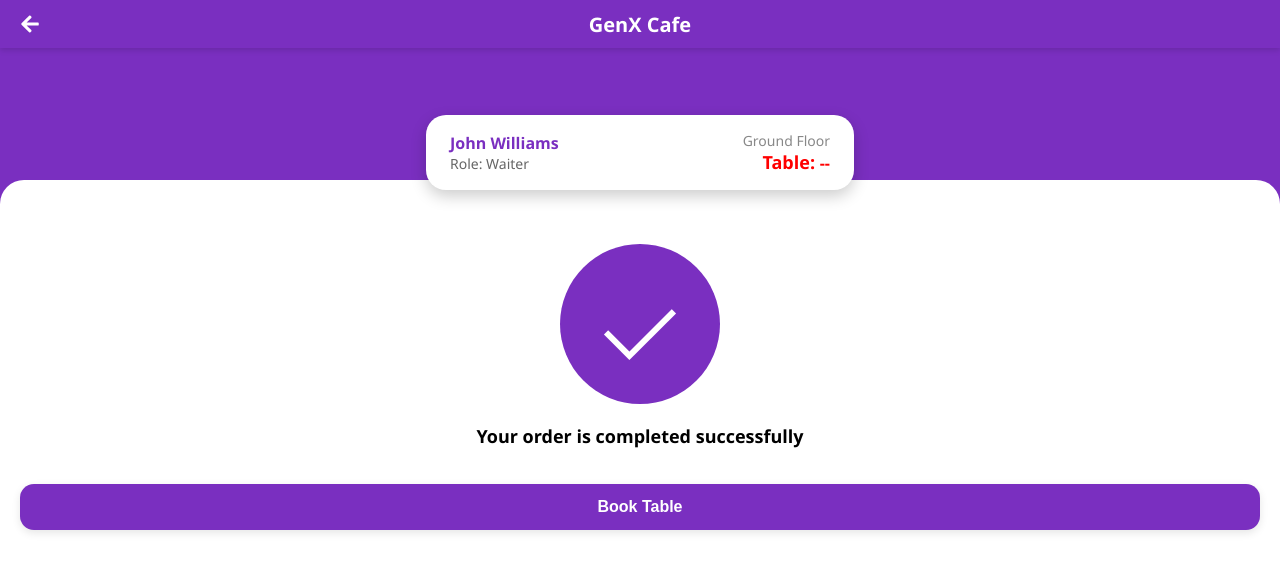
Repository: rajeshwaranslv/sturdy-spork-genx-frontend
Page: /success
These files come from the project's save history. The page is drawn as it stood at one moment and after the next save; the edit follows.
The browser window is 1280 px wide. The pictures show the whole page.
The project was rebuilt for these pictures with package versions that can differ from the ones it lists, and the page was loaded fresh each time. Also part of the build but not shown: src/components/TableSelection.js, src/components/menu.css, src/components/MenuSelection.js, src/components/OrderReview.js, src/components/Billing.js.

Above is the page before, as saved 2025-07-17 12:05:49.

After the next save:
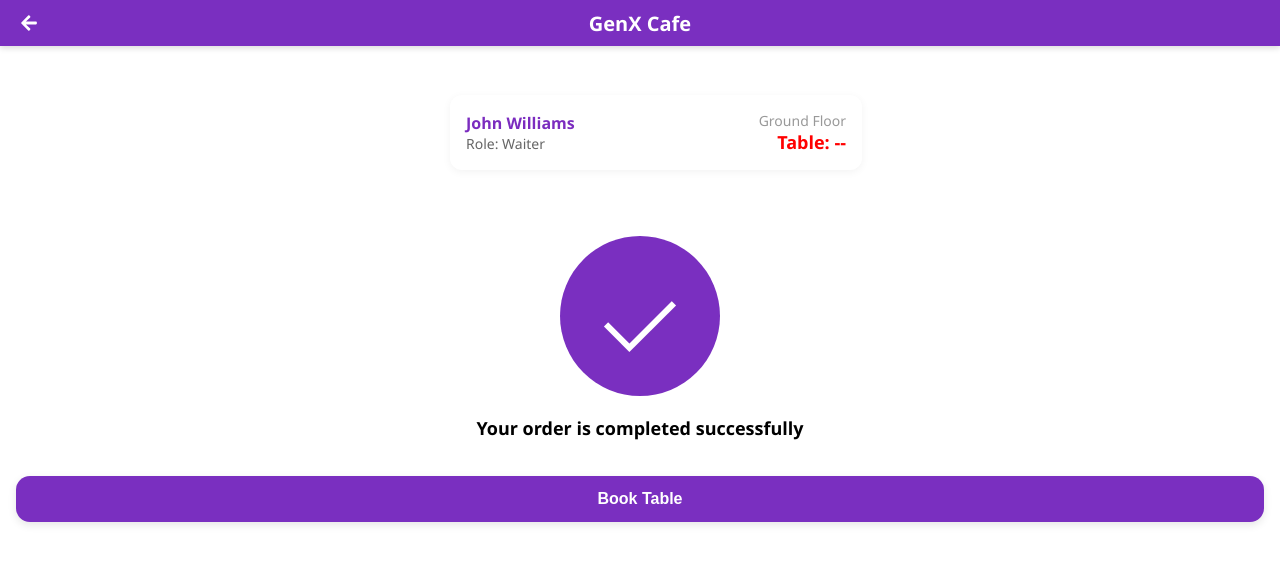
Saved 2 min 4 s later.
--- a/src/components/billing.css
+++ b/src/components/billing.css
@@ -204,3 +204,147 @@
 .select-btn:hover {
   background-color: #6926b2;
 }
+.container-fluid {
+  display: flex;
+  flex-direction: column;
+  height: 100vh;
+  background-color: #fff;
+  font-family: 'Segoe UI', sans-serif;
+  overflow: hidden;
+}
+
+.header-bar {
+  display: flex;
+  justify-content: space-between;
+  align-items: center;
+  background: #7b2cbf;
+  color: white;
+  padding: 12px 20px;
+  font-size: 20px;
+  position: sticky;
+  top: 0;
+  z-index: 10;
+}
+
+.header-bar .icon {
+  cursor: pointer;
+  font-size: 18px;
+}
+
+.waiter-card {
+  background: #fff;
+  box-shadow: 0px 2px 8px rgba(0,0,0,0.05);
+  margin: 0 16px;
+  margin-top: -20px;
+  padding: 16px;
+  border-radius: 12px;
+  display: flex;
+  justify-content: space-between;
+  align-items: center;
+}
+
+.waiter-left .waiter-name {
+  font-size: 16px;
+  color: #7b2cbf;
+}
+
+.waiter-left .waiter-role {
+  font-size: 14px;
+  color: #666;
+}
+
+.waiter-right .floor-label {
+  font-size: 14px;
+  color: #999;
+}
+
+.orders-count .order-red {
+  font-weight: bold;
+  font-size: 18px;
+  color: red;
+}
+
+.table-section {
+  padding: 16px;
+  flex: 1;
+  overflow-y: auto;
+}
+
+.order-list {
+  list-style: none;
+  padding: 0;
+  margin: 0;
+}
+
+.item-row {
+  display: flex;
+  justify-content: space-between;
+  align-items: center;
+  background: #fafafa;
+  padding: 12px;
+  margin-bottom: 10px;
+  border-radius: 10px;
+  border: 1px solid #eee;
+}
+
+.item-info strong {
+  font-size: 16px;
+}
+
+.qty-controls {
+  display: flex;
+  align-items: center;
+  gap: 8px;
+}
+
+.qty-btn {
+  background: #e0e0e0;
+  border: none;
+  border-radius: 6px;
+  width: 28px;
+  height: 28px;
+  font-size: 18px;
+  cursor: pointer;
+}
+
+.qty-btn:hover {
+  background: #ccc;
+}
+
+.invoice-summary {
+  background: #f7f7f7;
+  padding: 16px;
+  margin-top: 20px;
+  border-radius: 12px;
+}
+
+.select-btn {
+  background: #7b2cbf;
+  color: white;
+  border: none;
+  padding: 14px;
+  font-size: 18px;
+  border-radius: 10px;
+  margin-top: 20px;
+  width: 100%;
+  cursor: pointer;
+}
+
+.select-btn:hover {
+  background: #5a189a;
+}
+
+.spinner {
+  border: 4px solid #f3f3f3;
+  border-top: 4px solid #7b2cbf;
+  border-radius: 50%;
+  width: 36px;
+  height: 36px;
+  animation: spin 1s linear infinite;
+  margin: 0 auto;
+}
+
+@keyframes spin {
+  0% { transform: rotate(0deg); }
+  100% { transform: rotate(360deg); }
+}

After the save that followed:
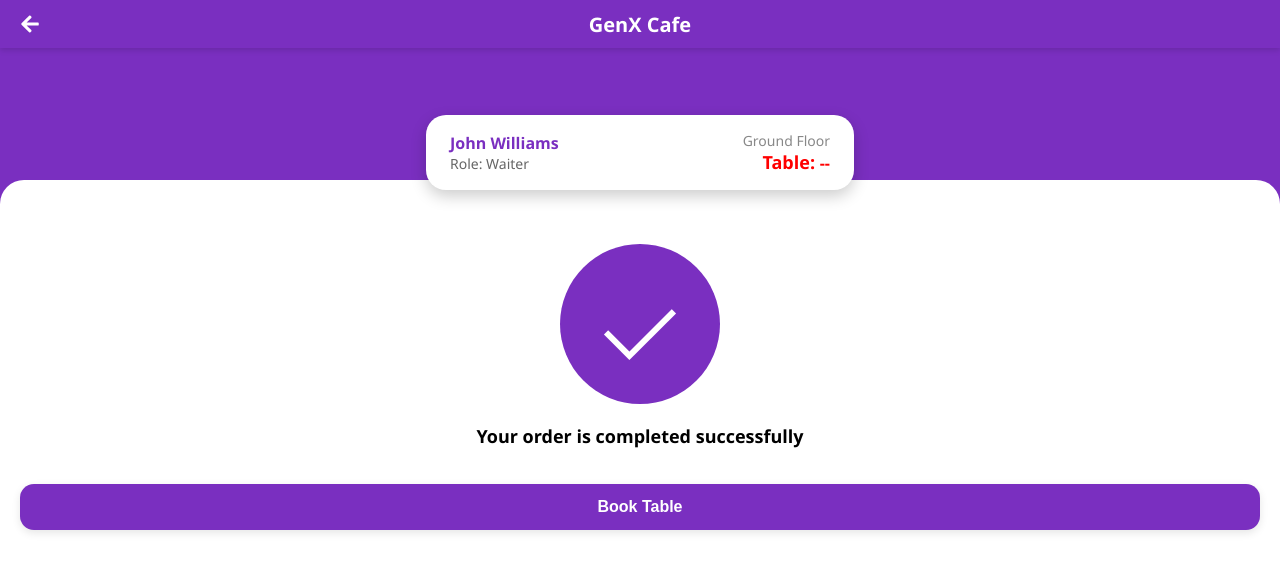
Saved 21 s later.
--- a/src/components/billing.css
+++ b/src/components/billing.css
@@ -204,147 +204,3 @@
 .select-btn:hover {
   background-color: #6926b2;
 }
-.container-fluid {
-  display: flex;
-  flex-direction: column;
-  height: 100vh;
-  background-color: #fff;
-  font-family: 'Segoe UI', sans-serif;
-  overflow: hidden;
-}
-
-.header-bar {
-  display: flex;
-  justify-content: space-between;
-  align-items: center;
-  background: #7b2cbf;
-  color: white;
-  padding: 12px 20px;
-  font-size: 20px;
-  position: sticky;
-  top: 0;
-  z-index: 10;
-}
-
-.header-bar .icon {
-  cursor: pointer;
-  font-size: 18px;
-}
-
-.waiter-card {
-  background: #fff;
-  box-shadow: 0px 2px 8px rgba(0,0,0,0.05);
-  margin: 0 16px;
-  margin-top: -20px;
-  padding: 16px;
-  border-radius: 12px;
-  display: flex;
-  justify-content: space-between;
-  align-items: center;
-}
-
-.waiter-left .waiter-name {
-  font-size: 16px;
-  color: #7b2cbf;
-}
-
-.waiter-left .waiter-role {
-  font-size: 14px;
-  color: #666;
-}
-
-.waiter-right .floor-label {
-  font-size: 14px;
-  color: #999;
-}
-
-.orders-count .order-red {
-  font-weight: bold;
-  font-size: 18px;
-  color: red;
-}
-
-.table-section {
-  padding: 16px;
-  flex: 1;
-  overflow-y: auto;
-}
-
-.order-list {
-  list-style: none;
-  padding: 0;
-  margin: 0;
-}
-
-.item-row {
-  display: flex;
-  justify-content: space-between;
-  align-items: center;
-  background: #fafafa;
-  padding: 12px;
-  margin-bottom: 10px;
-  border-radius: 10px;
-  border: 1px solid #eee;
-}
-
-.item-info strong {
-  font-size: 16px;
-}
-
-.qty-controls {
-  display: flex;
-  align-items: center;
-  gap: 8px;
-}
-
-.qty-btn {
-  background: #e0e0e0;
-  border: none;
-  border-radius: 6px;
-  width: 28px;
-  height: 28px;
-  font-size: 18px;
-  cursor: pointer;
-}
-
-.qty-btn:hover {
-  background: #ccc;
-}
-
-.invoice-summary {
-  background: #f7f7f7;
-  padding: 16px;
-  margin-top: 20px;
-  border-radius: 12px;
-}
-
-.select-btn {
-  background: #7b2cbf;
-  color: white;
-  border: none;
-  padding: 14px;
-  font-size: 18px;
-  border-radius: 10px;
-  margin-top: 20px;
-  width: 100%;
-  cursor: pointer;
-}
-
-.select-btn:hover {
-  background: #5a189a;
-}
-
-.spinner {
-  border: 4px solid #f3f3f3;
-  border-top: 4px solid #7b2cbf;
-  border-radius: 50%;
-  width: 36px;
-  height: 36px;
-  animation: spin 1s linear infinite;
-  margin: 0 auto;
-}
-
-@keyframes spin {
-  0% { transform: rotate(0deg); }
-  100% { transform: rotate(360deg); }
-}
